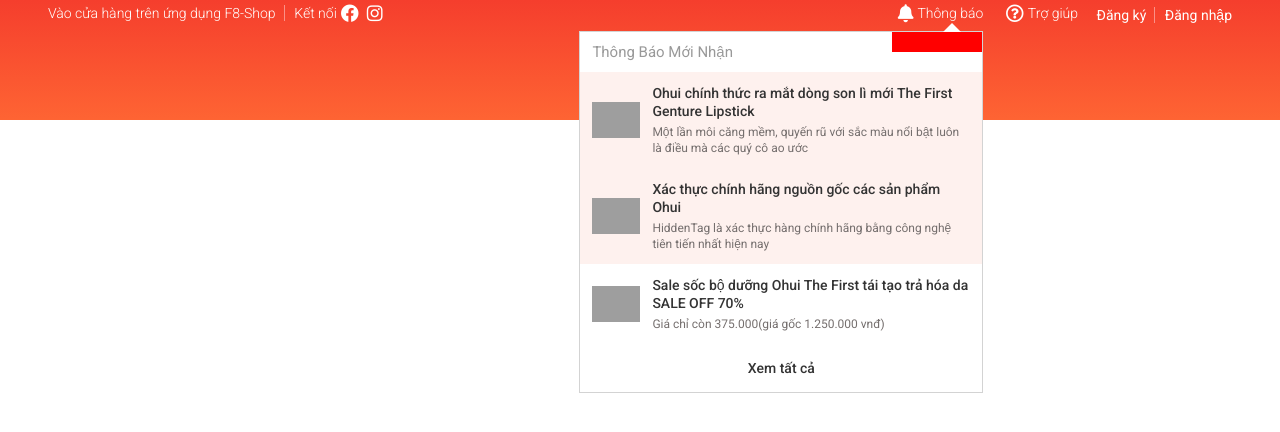
Repository: huynhnhan112/Shopee_Homepage
Page: index.html
The author's editor kept a copy of each file at every save. The page is drawn from the files as they stood at one save, then again after the next save.
The browser window is 1280 px wide. The pictures show the whole page.
Pictures or frames that could not be fetched are drawn as grey boxes.

Above is the page before, as saved 2021-11-19 11:58:02.

### index.html
<!DOCTYPE html>
<html lang="en">

<head>
    <meta charset="UTF-8">
    <meta http-equiv="X-UA-Compatible" content="IE=edge">
    <meta name="viewport" content="width=device-width, initial-scale=1.0">
    <link rel="stylesheet" href="https://cdnjs.cloudflare.com/ajax/libs/normalize/8.0.1/normalize.min.css"
        integrity="sha512-NhSC1YmyruXifcj/KFRWoC561YpHpc5Jtzgvbuzx5VozKpWvQ+4nXhPdFgmx8xqexRcpAglTj9sIBWINXa8x5w=="
        crossorigin="anonymous" referrerpolicy="no-referrer" />
    <link rel="preconnect" href="https://fonts.googleapis.com">
    <link rel="preconnect" href="https://fonts.gstatic.com" crossorigin>
    <link href="https://fonts.googleapis.com/css2?family=Roboto:wght@100;300;400;500;700&display=swap" rel="stylesheet">
    <link rel="stylesheet" href="./assets/fonts/fontawesome-free-5.15.4/fontawesome-free-5.15.4-web/css/all.min.css">
    <link rel="stylesheet" href="./assets/css/base.css">
    <link rel="stylesheet" href="./assets/css/style.css">
    <title>F8 - Shop</title>
</head>

<body>
    <div class="app">
        <header class="header">
            <div class="grid">
                <nav class="header__navbar">
                    <ul class="header__navbar-list">
                        <li class="header__navbar-item header__navbar-item--qr header__navbar-item--separate">Vào cửa hàng trên ứng dụng F8-Shop
                            <div class="header__qr">
                                <img src="./assets/img/qr_code.png" alt="QR code" class="header__qr-img">
                                <div class="header__qr-apps">
                                    <a href="" class="header__qr-link">
                                        <img src="./assets/img/google_play.png" alt="Google Play" class="header__qr-download">
                                    </a>
                                    <a href="" class="header__qr-link">
                                        <img src="./assets/img/app_store.png" alt="App Store" class="header__qr-download">
                                    </a>
                                </div>
                            </div>
                        </li>
                        <li class="header__navbar-item">
                            <span class="header__navbar-title">Kết nối</span>
                            <a href="#" class="header__navbar-icon-link">
                                <i class="header__navbar-icon fab fa-facebook"></i>
                            </a>
                            <a href="#" class="header__navbar-icon-link">
                                <i class="header__navbar-icon fab fa-instagram"></i>
                            </a>
                        </li>
                    </ul>
                    <ul class="header__navbar-list">
                        <li class="header__navbar-item header__navbar-item--show-notify">
                            <a href="#" class="header__navbar-item-link">
                                <i class="header__navbar-icon fas fa-bell"></i>
                                Thông báo
                            </a>
                            <div class="header__notify">
                                <header class="header__notify-header">
                                    <h3>Thông Báo Mới Nhận</h3>
                                </header>
                                <ul class="header__notify-list">
                                    <li class="header__notify-item header__notify-item--viewed">
                                        <a href="" class="header__notify-link">
                                            <img src="https://img.abaha.vn/photos/origin/83-1586781803-myphamohui-lgvina.png" alt="" class="header__notify-img">
                                            <div class="header__notify-info">
                                                <span class="header__notify-name">Ohui chính thức ra mắt dòng son lì mới The First Genture Lipstick</span>
                                                <span class="header__notify-description">Một lần môi căng mềm, quyến rũ với sắc màu nổi bật luôn là điều mà các quý cô ao ước</span>
                                            </div>
                                        </a>
                                    </li>
                                    <li class="header__notify-item header__notify-item--viewed">
                                        <a href="" class="header__notify-link">
                                            <img src="https://img.abaha.vn/photos/origin/83-1586781803-myphamohui-lgvina.png" alt="" class="header__notify-img">
                                            <div class="header__notify-info">
                                                <span class="header__notify-name">Xác thực chính hãng nguồn gốc các sản phẩm Ohui</span>
                                                <span class="header__notify-description">HiddenTag là xác thực hàng chính hãng bằng công nghệ tiên tiến nhất hiện nay</span>
                                            </div>
                                        </a>
                                    </li>
                                    <li class="header__notify-item">
                                        <a href="" class="header__notify-link">
                                            <img src="https://img.abaha.vn/photos/origin/83-1586781803-myphamohui-lgvina.png" alt="" class="header__notify-img">
                                            <div class="header__notify-info">
                                                <span class="header__notify-name">Sale sốc bộ dưỡng Ohui The First tái tạo trả hóa da SALE OFF 70%</span>
                                                <span class="header__notify-description">Giá chỉ còn 375.000(giá gốc 1.250.000 vnđ)</span>
                                            </div>
                                        </a>
                                    </li>
                                </ul>
                                <footer class="header__notify-footer">
                                    <a href="" class="header__notify-footer-btn">Xem tất cả</a>
                                </footer>
                            </div>
                        </li>
                        <li class="header__navbar-item">
                            <a href="#" class="header__navbar-item-link">
                                <i class="header__navbar-icon far fa-question-circle"></i>
                                Trợ giúp
                            </a>
                        </li>
                        <li class="header__navbar-item header__navbar-item--strong header__navbar-item--separate">Đăng
                            ký</li>
                        <li class="header__navbar-item header__navbar-item--strong">Đăng nhập</li>
                    </ul>
                </nav>
            </div>
        </header>

        <div class="container">

        </div>

        <footer class="footer">

        </footer>
    </div>
</body>

</html>

### assets/css/base.css
:root{
    --white-color: #fff;
    --black-color: #000;
    --text-color: #333;
    --primary-color: #ee4d2d;
}

*{
    box-sizing: inherit;
}

html{
    font-size: 62.5%;
    line-height: 1.6rem;
    font-family: 'Roboto', sans-serif;
    box-sizing: border-box;
}

.grid{
    width: 1200px;
    max-width: 100%;
    margin: 0 auto;
}

.grid__full_width{
    width: 100%;
}

.gid__row{
    display: flex;
    flex-wrap: wrap;
}

@keyframes fadeIn {
    from{
        opacity: 0;
    }
    to{
        opacity: 1;
    }
}

### assets/css/style.css
.header{
    height: 120px;
    background-image: linear-gradient(0, #fe6433, #f53e2d);
}

.header__navbar{
    display: flex;
    justify-content: space-between;
    min-height: 26px;
}

.header__navbar-list{
    list-style: none;
    padding-left: 0;
    margin-top: 4px;
}

.header__navbar-item{
    margin: 0 8px;
    position: relative;
}

.header__navbar-item,
.header__navbar-item-link{
    display: inline-block;
    font-size: 1.4rem;
    color: var(--white-color);
    text-decoration: none;
    font-weight: 300;
}

.header__navbar-item,
.header__navbar-item-link,
.header__navbar-icon-link{
    display: inline-flex;
    align-items: center;
}

.header__navbar-item:hover,
.header__navbar-item-link:hover,
.header__navbar-icon-link:hover{
    color: rgba(255,255,255, 0.7);
    cursor: pointer;
}

.header__navbar-item--strong{
    font-weight: 400;
}

.header__navbar-item--separate::after{
    content: '';
    display: block;
    position: absolute;
    border-left: 1px solid #FB9086;
    height: 16px;
    right: -9px;
    top: 50%;
    transform: translateY(-50%);
}

.header__navbar-icon-link{
    color: var(--white-color);
    text-decoration: none;
}

.header__navbar-icon{
    font-size: 1.8rem;
    margin: 0 4px;
}

.header__navbar-title{
    cursor: text;
    color: var(--white-color);
}

/* Header QR Code */
.header__qr{
    background-color: var(--white-color);
    width: 186px;
    position: absolute;
    left: 0;
    top: 160%;
    padding: 8px;
    border-radius: 2px;
    display: none;
    animation: fadeIn ease-in-out 0.3s;
}

.header__qr::before{
    content: '';
    position: absolute;
    display: block;
    width: 100%;
    height: 20px;
    top: -16px;
    left: 0;
}

.header__navbar-item--qr:hover .header__qr{
    display: block;
}

.header__qr-img{
    width: 100%;
}

.header__qr-apps{
    display: flex;
    justify-content: space-between;
}

.header__qr-link:first-child{
    margin-left: 11px;
}

.header__qr-link:last-child{
    margin-right: 11px;
}

.header__qr-download{
    height: 15px;
}

/* Header Notifycation */
.header__notify{
    position: absolute;
    top: 150%;
    right: 0;
    width: 404px;
    border: 1px solid #d3d3d3;
    background-color: var(--white-color);
    cursor: default;
    transform-origin: calc(100% - 20px) top;
    animation: headerNotify ease-in-out 0.3s;
    /* display: none; */
}

.header__notify::before{
    content: '';
    border: 20px solid;
    border-color: transparent transparent var(--white-color) transparent;
    position: absolute;
    right: 10px;
    top: -29px;
}

.header__notify::after{
    content: '';
    display: block;
    width: 90px;
    height: 20px;
    position: absolute;
    background-color: red;
    right: 0;
    top: 0;
}

@keyframes headerNotify {
    from{
        transform: scale(0);
        opacity: 0;
    }
    to{
        transform: scale(1);
        opacity: 1;
    }
}

.header__navbar-item--show-notify:hover .header__notify{
    display: block;
}

.header__notify-header{
    height: 40px;
    background-color: var(--white-color);
}

.header__notify-header h3{
    color: #999;
    margin: 0 0 0 12px;
    font-weight: 400;
    font-size: 1.5rem;
    line-height: 40px;
    user-select: none;
}

.header__notify-list{
    padding-left: 0;
}

.header__notify-item{
    display: flex;
}

.header__notify-item:hover{
    background-color: #f7f7f7;
}

.header__notify-item--viewed{
    background-color: rgba(238,75,43,0.08);
}

.header__notify-link{
    display: flex;
    width: 100%;
    padding: 12px;
    text-decoration: none;
}

.header__notify-img{
    width: 48px;
    object-fit: contain;
}

.header__notify-info{
    margin-left: 1.2rem;
    /* line-height: 2.4rem; */
}

.header__notify-name{
    display: block;
    font-size: 1.4rem;
    color: var(--text-color);
    font-weight: 500;
    line-height: 1.8rem;
}

.header__notify-description{
    display: block;
    font-size: 1.2rem;
    color: #756f6e;
    font-weight: 400;
    margin-top: 0.4rem;
}

.header__notify-footer{
    text-align: center;
}

.header__notify-footer-btn{
    text-decoration: none;
    color: var(--text-color);
    padding: 16px 0;
    width: 100%;
    display: block;
    font-weight: 500;
}

Loaded but not shown: assets/fonts/fontawesome-free-5.15.4/fontawesome-free-5.15.4-web/css/all.min.css (library)

After the next save:
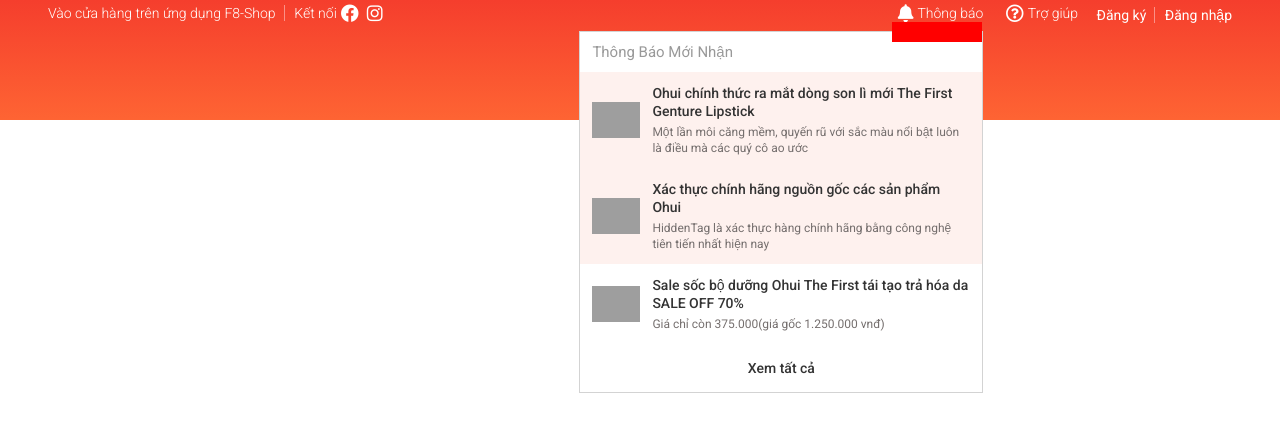
Saved 14 s later.
--- a/assets/css/style.css
+++ b/assets/css/style.css
@@ -152,7 +152,7 @@
     position: absolute;
     background-color: red;
     right: 0;
-    top: 0;
+    top: -10px;
 }
 
 @keyframes headerNotify {
